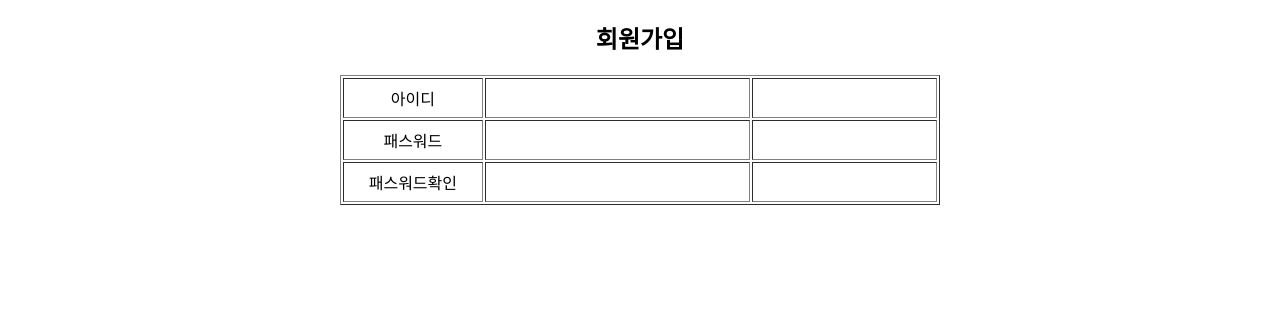
Repository: topblame/Bootcamp
Page: http://localhost/JSP_250408/chapter01/02_member.jsp
These files come from the project's save history. The page is drawn as it stood at one moment and after the next save; the edit follows.
The browser window is 1280 px wide. The pictures show the whole page.
The page is served by Tomcat 9. Other server files are loaded and not shown.

Above is the page before, as saved 2025-06-24 03:47:51.

### WebMvc/JSP_250408/src/main/webapp/chapter01/02_member.jsp
<%@ page language="java" contentType="text/html; charset=UTF-8"
	pageEncoding="UTF-8"%>
<!DOCTYPE html PUBLIC "-//W3C//DTD HTML 4.01 Transitional//EN" "http://www.w3.org/TR/html4/loose.dtd">

<html>
<head>
<meta charset="UTF-8">
<title>Insert title here</title>
</head>
<body>
	<center>
		<h2>회원가입</h2>
		<form action="MemberJoinProc.jsp">
			<table width="600" border="1">
				<tr height="40">
					<td width="200" align="center">아이디</td>
					<td width = "400" align = "left"></td>
					<td>
						<input type="text" name="id" style="border: none; outline: none;">
					</td>
				</tr>

				<tr height="40">
					<td width="200" align="center">패스워드</td>
					<td width = "400" align = "left"></td>
					<td>
						<input type="password" name="pass1" style="border: none; outline: none;">
					</td>
				</tr>

				<tr height="40">
					<td width="200" align="center">패스워드확인</td>
					<td width = "400" align = "left"></td>
					<td>
						<input type="password" name="pass2" style="border: none; outline: none;">
					</td>
				</tr>

			</table>
		</form>
	</center>
</body>
</html>

After the next save:
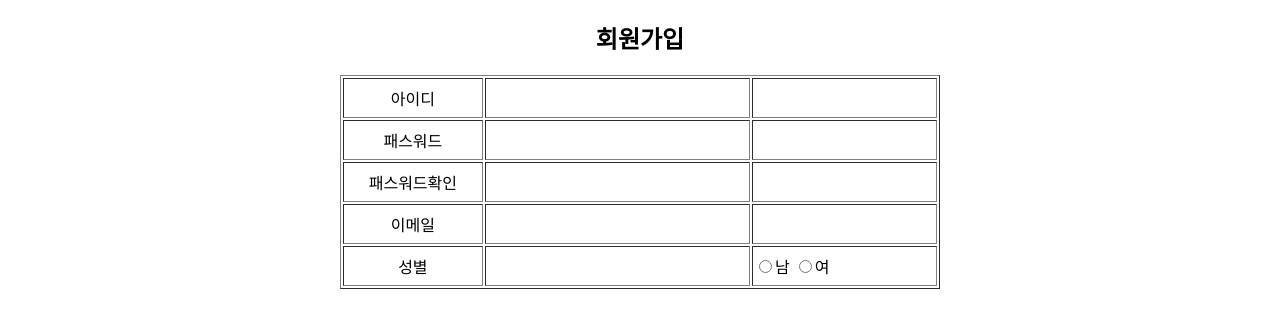
Saved 113 s later.
--- a/WebMvc/JSP_250408/src/main/webapp/chapter01/02_member.jsp
+++ b/WebMvc/JSP_250408/src/main/webapp/chapter01/02_member.jsp
@@ -36,6 +36,23 @@
 					</td>
 				</tr>
 
+				<tr height="40">
+					<td width="200" align="center">이메일</td>
+					<td width = "400" align = "left"></td>
+					<td>
+						<input type="email" name="email" style="border: none; outline: none;">
+					</td>
+				</tr>
+
+				<tr height="40">
+					<td width="200" align="center">성별</td>
+					<td width = "400" align = "left"></td>
+					<td>
+						<input type="radio" name= "gender" value = "남">남
+						<input type="radio" name= "gender" value = "여">여
+					</td>
+				</tr>
+
 			</table>
 		</form>
 	</center>
